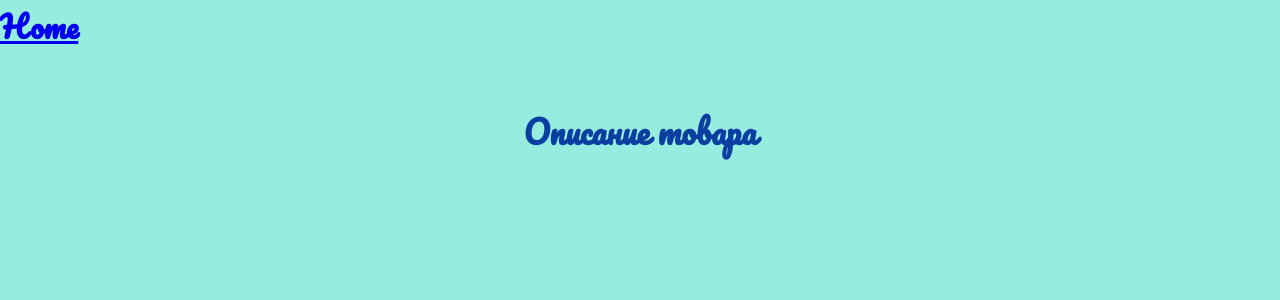
Repository: annamsklv/web
Page: seminar2_26.01/product page.html
The author's editor kept a copy of each file at every save. The page is drawn from the files as they stood at one save, then again after the next save.
The browser window is 1280 px wide. The pictures show the whole page.

Above is the page before, as saved 2023-02-01 20:09:31.

After the next save:
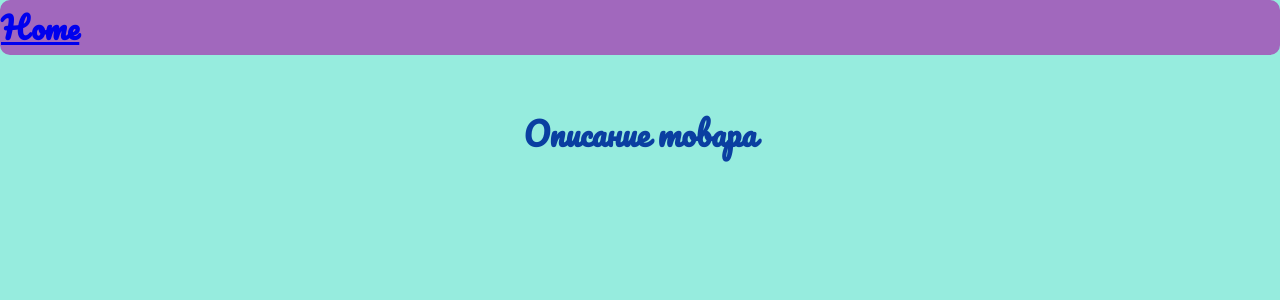
Saved 24 s later.
--- a/seminar2_26.01/product style.css
+++ b/seminar2_26.01/product style.css
@@ -23,5 +23,9 @@ body{
     color: rgb(10, 63, 161);
     font-size: 30px;
     font-weight: bold;
+    background-color: rgb(161, 104, 189);
+    border-radius: 10px;
+    display: block;
+    border: 1px solid transparent;
 
 }
